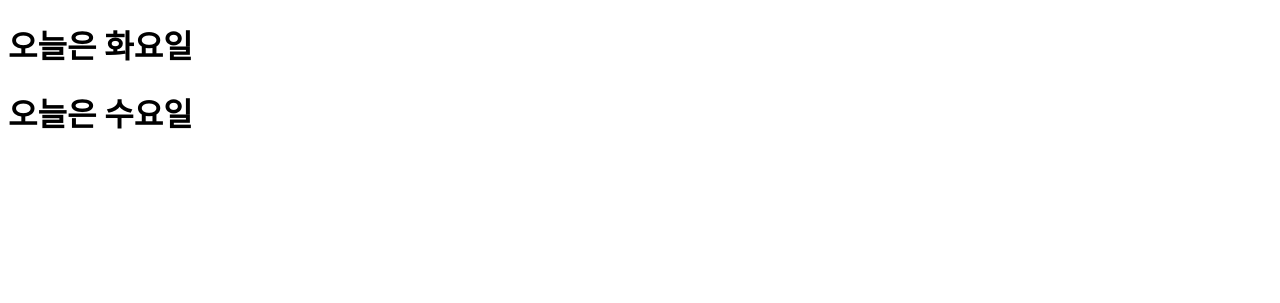
Repository: Shinhan1/shinhan
Page: http://localhost/web_goott/w20200324/jQueryEx07.jsp
The author's editor kept a copy of each file at every save. The page is drawn from the files as they stood at one save, then again after the next save.
The browser window is 1280 px wide. The pictures show the whole page.
After loading, the first visible `h1` was clicked once.
The page is served by Tomcat 9.

Above is the page before, as saved 2020-03-24 01:01:36.

### web_goott/WebContent/w20200324/jQueryEx07.jsp
<%@ page language="java" contentType="text/html; charset=UTF-8"
    pageEncoding="UTF-8"%>
<!DOCTYPE html>
<html>
<head>
<meta charset="UTF-8">
<title>jQueryEx07.jsp</title>
<script src="https://ajax.googleapis.com/ajax/libs/jquery/3.4.1/jquery.min.js"></script>
<script type="text/javascript">

	/* $(document).ready(function(){}); */
	// jquery 버전업이 되면 deprecated 되는 것 확인해 볼 것 ex) $(document).ready

	$(function(){
		$('h1').click(function(){
			//console.log("click");

			//var length = $('h1');
			var length = $('h1').length;
			var html = $('h1').html();
			console.log(length);
			console.log(html);

		});	// h1 click end
	});

</script>
</head>
<body>
	<div id="div1">
		<h1>오늘은 화요일</h1>
	</div>

	<div id="div2">
		<h1>오늘은 수요일</h1>
	</div>


</body>
</html>

After the next save:
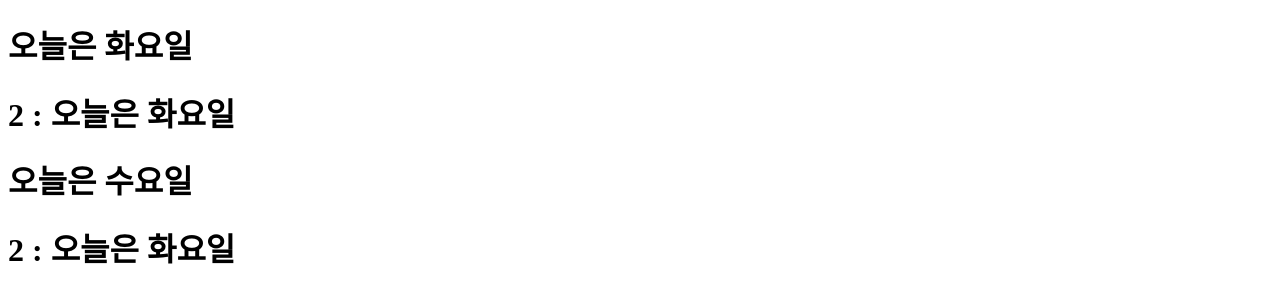
Saved 113 s later.
--- a/web_goott/WebContent/w20200324/jQueryEx07.jsp
+++ b/web_goott/WebContent/w20200324/jQueryEx07.jsp
@@ -18,8 +18,11 @@
 			//var length = $('h1');
 			var length = $('h1').length;
 			var html = $('h1').html();
-			console.log(length);
-			console.log(html);
+			/* console.log(length);
+			console.log(html); */
+
+			// javascript는 innerHTML 효과
+			$('div').append('<h1>' + length + ' : ' + html + '</h1>');
 
 		});	// h1 click end
 	});
